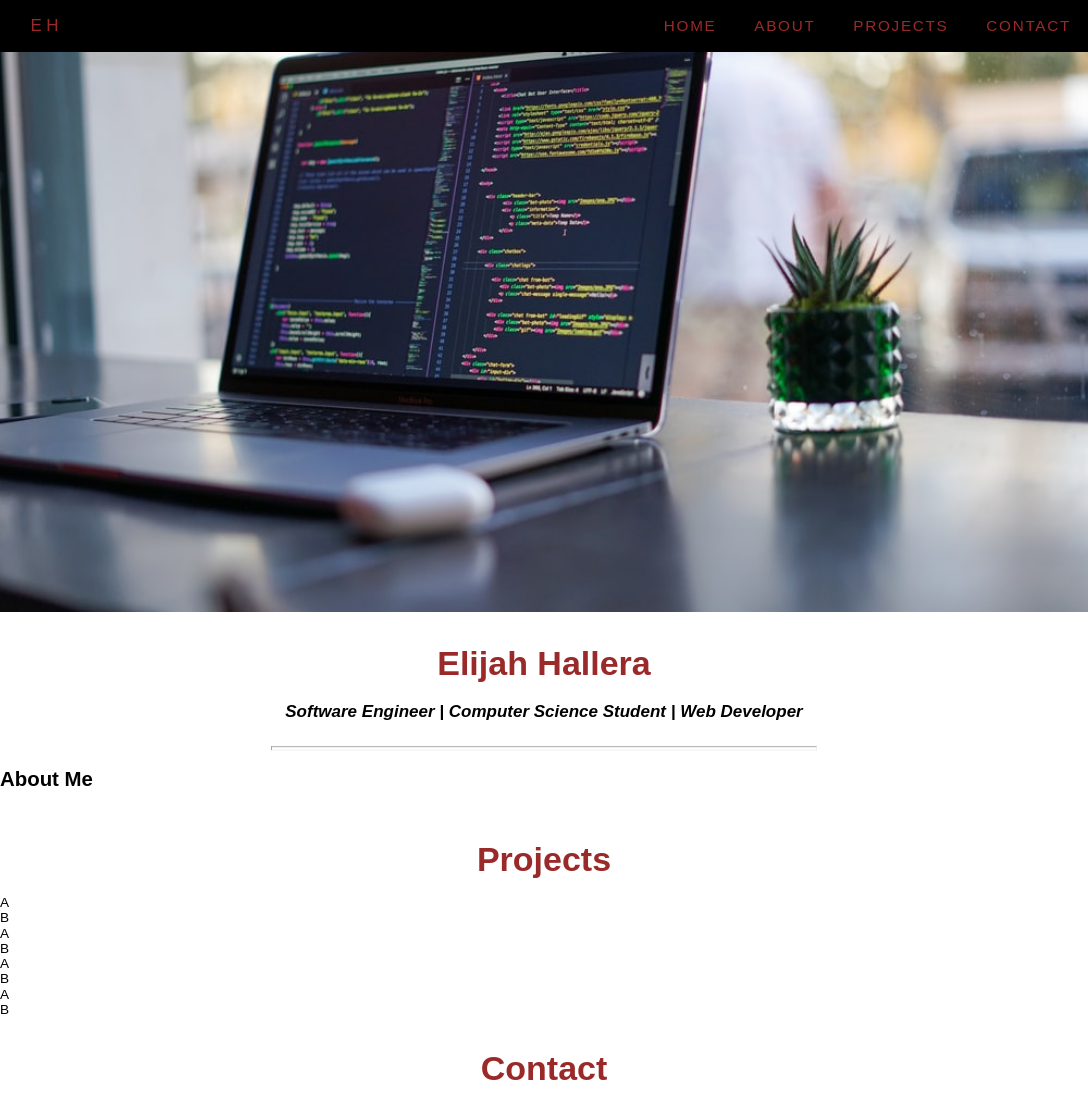
Repository: ElijahHallera/ElijahHallera.github.io
Page: http://localhost/
The author's editor kept a record of every edit. The page is drawn from the files as they stood at one moment, then again after the next edit.
The browser window is 1280 px wide. The pictures show the whole page, at 85% of full size.
Backgrounds fixed to the window are drawn as part of the page. The page is served by the project's Node server (index.js).

Above is the page before.

### views/Homepage.ejs
<%- include ('partials/header'); -%>

<!--

<div class="bg">
	<div class="centered">

		<div class="borderlines">
			<h3> Elijah Hallera </h3>
			<h2> Software Developer/Engineer</h2>
		</div>

		<nav>
			<a href= "/"> <button class="button btn btn-default"> Home </button></a>
			<a href= "/about"> <button class="button btn btn-default"> About </button></a>
			<a href= "/projects"> <button class="button btn btn-default"> Projects </button></a>
			<a href= "/contact"><button class="button btn btn-default"> Contact </button></a>
			</br>
			<a href="https://github.com/ElijahHallera"> <img class="gitIcon" src="images/git2.png"></a>
			<a href="https://www.linkedin.com/in/elijah-hallera-892278199/"><img class="linkedIcon" src="images/LinkedInLogo.png"></a>
		</nav>
	</div>

</div>

-->

<!-- NEW TEMPLATE FOR WEBSITE -->
<div class="wrapper" id="home">
	<header>
		<nav>
			<div class="websiteLogo">
				<a class="Logo" href="#home"> EH </a>
			</div>
			<div class="menu">
				<ul>
					<li><a href="#home">Home</a></li>
					<li><a href="#about">About</a></li>
					<li><a href="#projects">Projects</a></li>
					<li><a href="#contact">Contact</a></li>
				</ul>
			</div>
		</nav>
	</header>

	<div id="about" class="container">
		</br>
		<div class="content">
			<h1>Elijah Hallera</h1>
			<h4>Software Engineer | Computer Science Student | Web Developer</h4>
			<hr>
		</div>
		<div>
			<h2>About Me</h2>
		</div>
	</div>

	<div id="projects">
		</br>
		<div class="content">
			<h1>Projects</h1>
		</div>
		<div class="row">
			<div class="column"> A </div>
			<div class="column"> B </div>
			<div class="column"> A </div>
			<div class="column"> B </div>
		</div>
		<div class="row">
			<div class="column"> A </div>
			<div class="column"> B </div>
			<div class="column"> A </div>
			<div class="column"> B </div>
		</div>
	</div>

	<div id="contact">
		</br>
		<div class="content">
			<h1>Contact</h1>
		</div>
	</div>

</div>

### views/partials/header.ejs
<!DOCTYPE html>
<html>

  <head>
    <title>Hallera Portfolio</title>
    <meta charset="UTF-8">
    <meta name="viewport" content="width=device-width, initial-scale=1.0">
		<link rel='stylesheet' type='text/css' href='app.css'>
		<link rel="stylesheet" href="https://cdnjs.cloudflare.com/ajax/libs/font-awesome/4.7.0/css/font-awesome.min.css">
  </head>

  <body>

### index.js
/* App Configuration */
var express = require('express');
var methodOverride = require('method-override');

var app = express();
var port = process.env.PORT || 8080;

app.use(express.static('public'));
app.set('view engine', 'ejs');

/* Home Route */
app.get('/', function(req, res){
    res.render('Homepage');
});

app.get('/about', function(req, res){
    res.render('About');
});

app.get('/projects', function(req, res){
    res.render('Projects');
});

app.get('/contact', function(req, res){
    res.render('Contact');
});

/* Error Route*/
app.get('*', function(req, res){
   res.render('error');
});

app.listen(port, () => console.log(`Listening on port ${port}`));

### public/app.css
html, body{
  margin: 0;
  padding: 0;
  width: 100%;
}

html{
  scroll-behavior: smooth;
}

body{
  font-family: sans-serif;
}

header{
  width: 100%;
  height: 100vh;
  background-image: url("images/prog.jpg");
  background-repeat: no-repeat;
  background-size: cover;
  background-attachment: fixed;
}

h1{
  text-align: center;
  color: #9A2A2A;
}

h4{
  text-align: center;
  font-style: italic;
}

p{
  padding-left: 10px;
  padding-right: 10px;
}

nav{
  position: fixed;
  width: 100%;
  background-color: black;
}

nav ul{
  list-style: none;
  overflow: hidden;
  color: white;
  padding: 0;
  text-align: right;
  margin: 0;
}

nav.black ul{
  background: #000;
}

nav ul li{
  display: inline-block;
  padding: 20px;
}

nav ul li a{
  text-decoration: none;
  color: #9A2A2A;
  font-size: 18px;
  font-family: sans-serif;
  text-transform: uppercase;
  letter-spacing: 2px;
}

a.Logo{
  color: #9A2A2A;
  text-decoration: none;
}

hr{
  position: relative;
  width: 50%;
  height: 3px
}

.centered{
  position: fixed;
  top: 25%;
  left: 50%;
  transform: translate(-50%, -50%);
}

.content{
  width: 100%;
  font-size: 20px;
  line-height: 30px;
  text-align: justify;
}

.gitIcon{
  padding-top: 15px;
  width: 25px;
  height: auto;
  text-align: center;
}

.linkedIcon{
  padding-top: 15px;
  width: 25px;
  height: auto;
  text-align: center;
}

.profilePicture{
  position: center;
  height: 50%;
  width: 50%;
}

.websiteLogo{
  position: fixed;
  float: left;
  color: white;
  margin: 18px 36px;
  text-transform: uppercase;
  letter-spacing: 5px;
  font-size: 20px;
}

After the next edit:
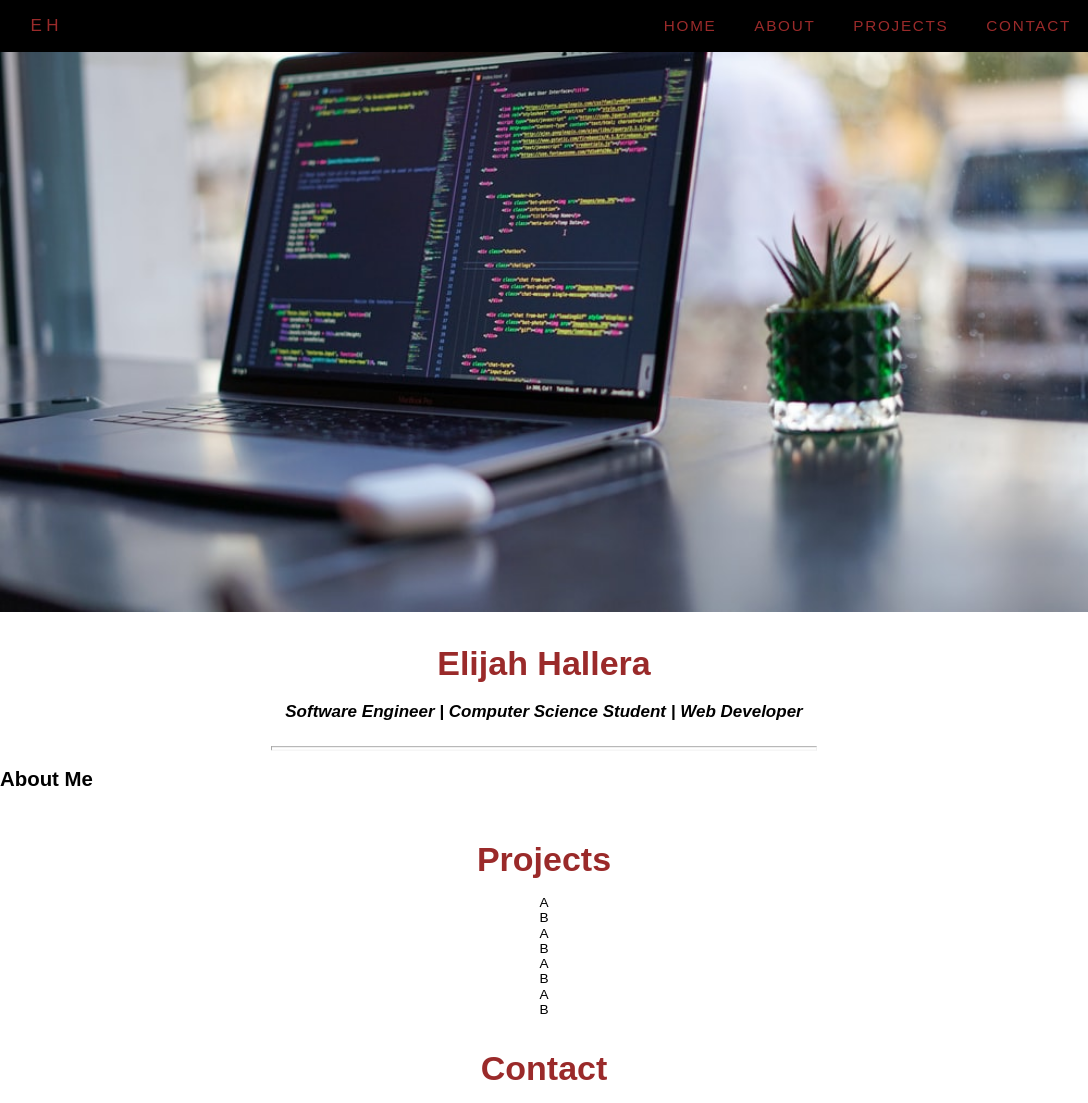
The edit:
--- a/public/app.css
+++ b/public/app.css
@@ -123,3 +123,7 @@
   letter-spacing: 5px;
   font-size: 20px;
 }
+
+.row{
+  text-align: center;
+}
